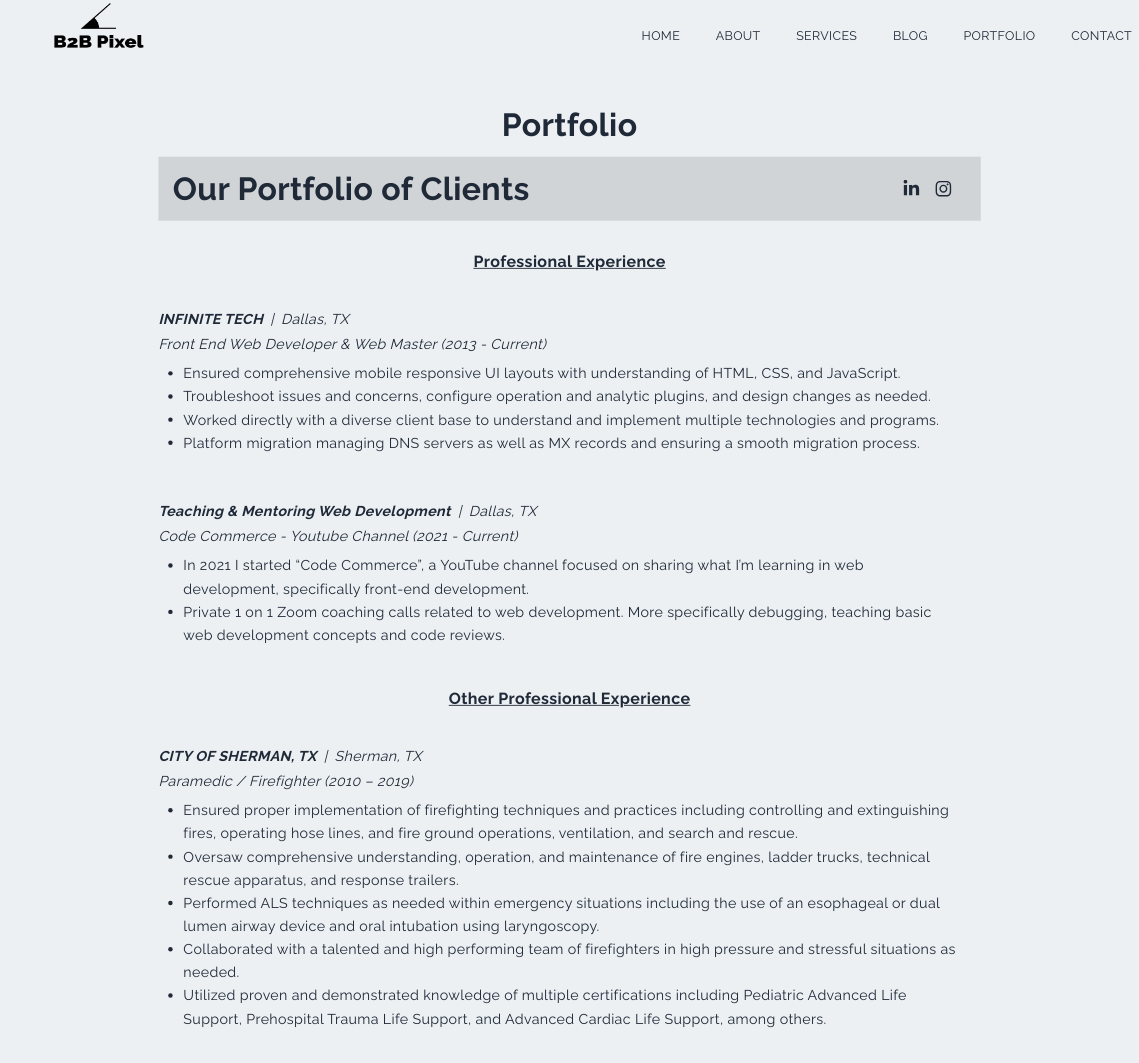
Repository: DID0101/nextjs.b2b
Page: /resume
An editor plug-in stored every save of this project. The page is shown before and after the next save, followed by the edit.
The browser window is 1280 px wide. The pictures show the whole page, at 89% of full size.
The project was rebuilt for these pictures with package versions that can differ from the ones it lists, and the page was loaded fresh each time. The framework's server and built-in components were replaced by stand-ins that run in the browser. Also part of the build but not shown: next.config.js.

Above is the page before, as saved 2024-01-22 07:15:34.

After the next save:
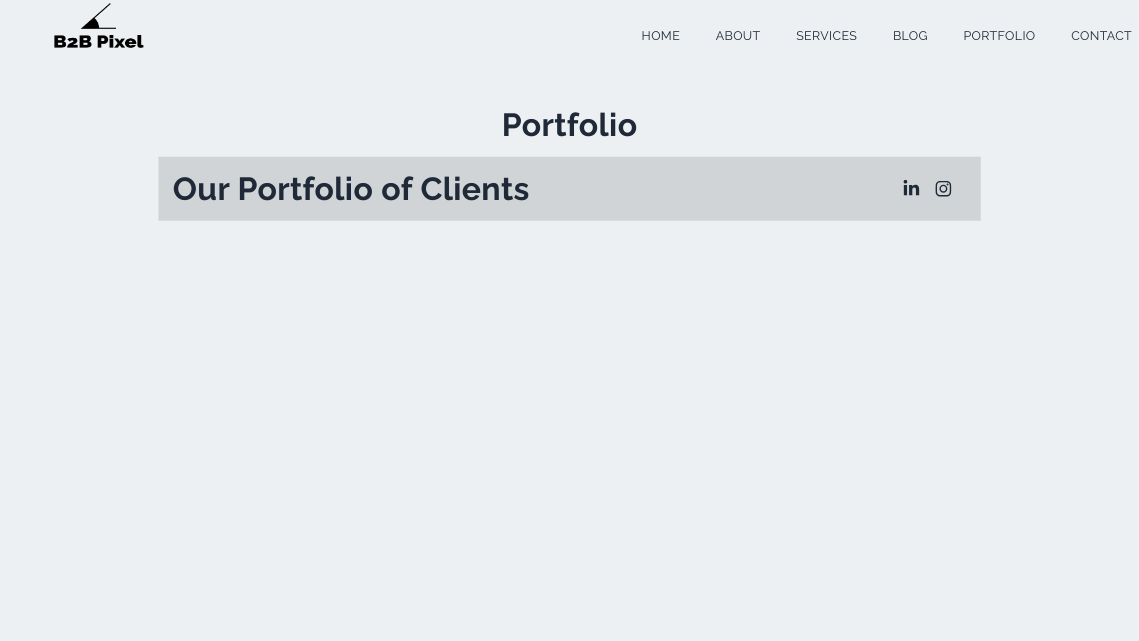
Saved 79 s later.
--- a/pages/resume.jsx
+++ b/pages/resume.jsx
@@ -85,11 +85,11 @@
           </p>
         </div> */}
 
-        <h5 className='text-center underline text-[18px] py-4'>
+        {/* <h5 className='text-center underline text-[18px] py-4'>
           Professional Experience
         </h5>
         {/* Experience */}
-        <div className='py-6'>
+        {/* <div className='py-6'>
           <p className='italic'>
             <span className='font-bold italic'>
             INFINITE TECH
@@ -115,11 +115,11 @@
               ensuring a smooth migration process.
             </li>
           </ul>
-        </div>
+        </div> */}
 
 
         {/* Personal Experience */}
-        <div className='py-6'>
+        {/* <div className='py-6'>
           <p className='italic'>
             <span className='font-bold italic'>
               Teaching & Mentoring Web Development
@@ -139,15 +139,15 @@
               concepts and code reviews.
             </li>
           </ul>
-        </div>
+        </div> */}
 
         {/*  */}
-        <h5 className='text-center underline text-[18px] py-4'>
+        {/* <h5 className='text-center underline text-[18px] py-4'>
           Other Professional Experience
         </h5>
 
         {/* Experience */}
-        <div className='py-6'>
+        {/* <div className='py-6'>
           <p className='italic'>
             <span className='font-bold'>CITY OF SHERMAN, TX</span>
             <span className='px-2'>|</span>Sherman, TX
@@ -181,7 +181,7 @@
               Support, among others.
             </li>
           </ul>
-        </div>
+        </div>  */}
       </div>
     </>
   );
